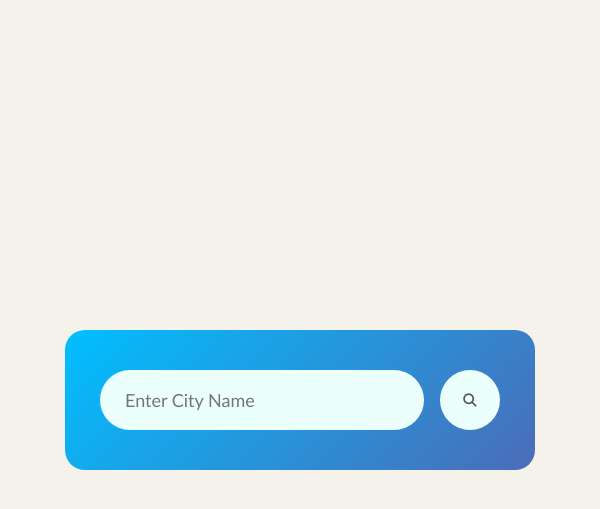
Repository: zeinawady/Weather_App
Page: index.html
These files come from the project's save history. The page is drawn as it stood at one moment and after a run of saves; the edit follows.
The browser window is 600 px wide. The pictures show the whole page.

Above is the page before, as saved 2024-09-11 00:40:26.

### index.html
<!DOCTYPE html>
<html lang="en">
<head>
    <meta charset="UTF-8">
    <meta name="viewport" content="width=device-width, initial-scale=1.0">
    <title>Weather App</title>
    <link rel="stylesheet" href="css/style.css">
    <link rel="stylesheet" href="css/all.css">
</head>
<body>
    <div class="weather-app">
        <div class="card">
            <div class="search">
                <input type="text" placeholder="Enter City Name" spellcheck="false">
                <button><i class="fa-solid fa-magnifying-glass"></i></button>
            </div>
            <div class="error">
                Invlaid City Name!!
            </div>
            <div class="weather">
                <img src="images/clouds.png" class="weather-icon" draggable="false">
                <h1 class="temp">22°C</h1>
                <h2 class="city">Cairo</h2>
                <div class="details">
                    <div class="col">
                        <img src="images/humidity.png" >
                        <div>
                            <p class="humidity">50%</p>
                            <p>Humidity</p>
                        </div>
                    </div>
                    <div class="col">
                        <img src="images/wind.png" draggable="false" >
                        <div>
                            <p class="wind">15 km/h</p>
                            <p>Wind Speed</p>
                        </div>
                    </div>
                </div>
            </div>
        </div>

    </div>
    <script src="script.js">
        // const apiKey = ""

    </script>
</body>
</html>

### css/style.css
*{
    box-sizing: border-box;
    margin: 0;
    padding: 0;
    font-family:'Gill Sans', 'Gill Sans MT', Calibri, 'Trebuchet MS', sans-serif;
}
.weather-app{
    background-color: #f5f2ec;
    width: 100%;
    height: 100vh;
    display: flex;
    justify-content: center;
    align-items: center;
}
.card{

    max-width: 470px;
    background: linear-gradient(135deg, #00bfff, #4b6cb7);
    color: #ffffff;
   border-radius: 20px;
   padding: 40px 35px;
   text-align: center;

}
@media (max-width:767px) {
    .card{
        width: 100%;
    }
}
.search{
    width: 100%;
    display: flex;
    align-items: center;
    justify-content: space-between;
}
.search input{
    border: 0;
    outline: 0;
    background: #ebfffc;
    color: #555;
    padding: 10px 25px;
    height: 60px;
    border-radius: 30px;
    flex: 1;
    margin-right: 16px;
    font-size: 18px;
}
.search button{
    border: 0;
    outline: 0;
    color: #555;
    background: #ebfffc;
border-radius: 50%;
width: 60px;
height: 60px;
cursor: pointer;
transition: 0.3s;
}
.search button:hover{
    background: #dff2ef;

}
.weather-icon{
    width: 170px;
    margin-top: 30px;

}
.weather h1{
    font-size: 80px;
    font-weight: 500;
}
.weather h2{
    font-size: 45;
    font-weight: 400;
    margin-top: -10px;
}
.details{
    display: flex;
    align-items: center;
    justify-content: space-between;
    gap: 25px;
    padding: 0 20px;
    margin-top: 50px;
}

.col{
    display: flex;
    align-items: center;
    text-align: left;
}
.col img{
    width: 40px;
    margin-right: 10px;
}
.humidity, .wind{
    font-size: 28px;
    margin-top: -6px;
}
.weather{
    display: none;

}
.error{
    text-align: left;
    margin-left: 10px;
    font-size: 25px;
    margin-top: 10px;
    display: none;

}

### script.js
const apiKey = "c94e9e7b45ea41aca8a1c734e585fb6a";
const apiUrl = "https://api.openweathermap.org/data/2.5/weather?&units=metric&q=";

let city = document.querySelector(".city");
let temp = document.querySelector(".temp");
let humidity = document.querySelector(".humidity");
let wind = document.querySelector(".wind");
let searchBox = document.querySelector(".search input");
let searchBtn = document.querySelector(".search button");
let weatherPhoto = document.querySelector(".weather-icon");
let weather = document.querySelector(".weather");
let errorMsg = document.querySelector(".error");

async function checkWether(cityname) {
    if (cityname.trim().length === 0) {
        errorMsg.style.display = "block";
        errorMsg.innerHTML = "Please Enter a city name";
        weather.style.display = "none";
        return;
    }
    const response = await fetch(apiUrl + cityname + `&appid=${apiKey}`);

    if (response.status == 404) {
        errorMsg.style.display = "block";
        weather.style.display = "none";

    }

    else {

        var data = await response.json();

        console.log(data);
        city.innerHTML = data.name;
        temp.innerHTML = Math.round(data.main.temp) + "°C";
        humidity.innerHTML = data.main.humidity + "%";
        wind.innerHTML = data.wind.speed + "Km/h";

        if (data.weather[0].main == "Clouds") {
            weatherPhoto.src = "images/clouds.png";
        }
        else if (data.weather[0].main == "Clear") {
            weatherPhoto.src = "images/clear.png";
        }
        else if (data.weather[0].main == "Rain") {
            weatherPhoto.src = "images/rain.png";
        }
        else if (data.weather[0].main == "Drizzle") {
            weatherPhoto.src = "images/drizzle.png";
        }
        else if (data.weather[0].main == "Mist") {
            weatherPhoto.src = "images/mist.png";
        }
        else if (data.weather[0].main == "Snow") {
            weatherPhoto.src = "images/snow.png";
        }
        weather.style.display = "block";
        errorMsg.style.display = "none";

    }
}
searchBtn.addEventListener("click", () => {
    let cityName = searchBox.value;
    checkWether(cityName);

})
searchBox.addEventListener("keydown", (event) => {
    if (event.key === "Enter") {
        let cityName = searchBox.value;
        checkWether(cityName);
    }


})

Loaded but not shown: css/all.css (library)

After the next 5 saves:
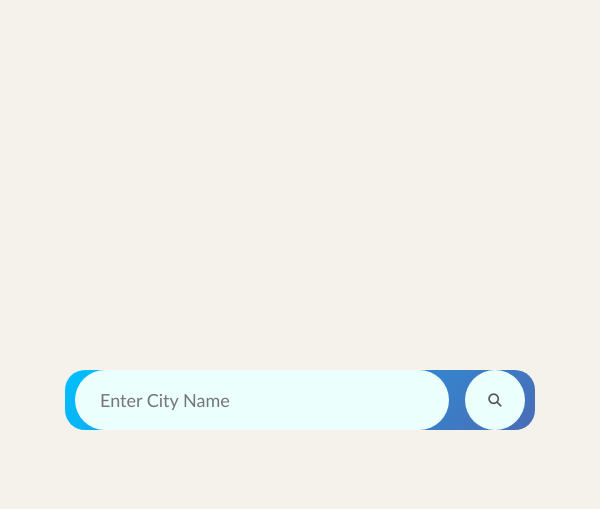
The 5 saves are shown as one change because they came seconds apart.
The last was saved 41 s later.
--- a/css/style.css
+++ b/css/style.css
@@ -25,6 +25,7 @@
 @media (max-width:767px) {
     .card{
         width: 100%;
+    padding: 0 10px;
     }
 }
 .search{

After the save that followed:
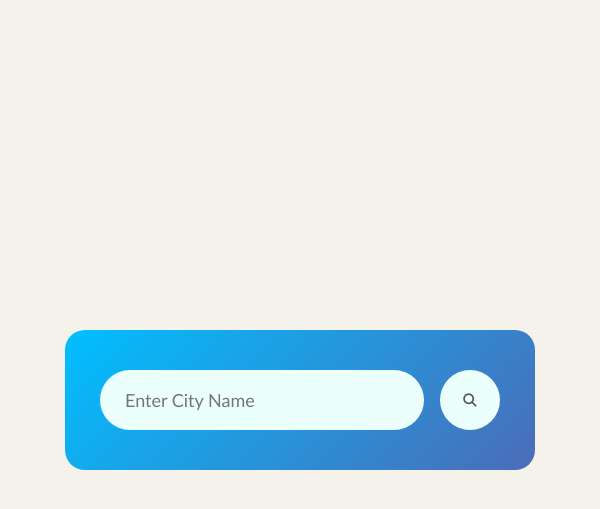
Saved 9 s later.
--- a/css/style.css
+++ b/css/style.css
@@ -25,7 +25,7 @@
 @media (max-width:767px) {
     .card{
         width: 100%;
-    padding: 0 10px;
+    margin: 0 10px;
     }
 }
 .search{
